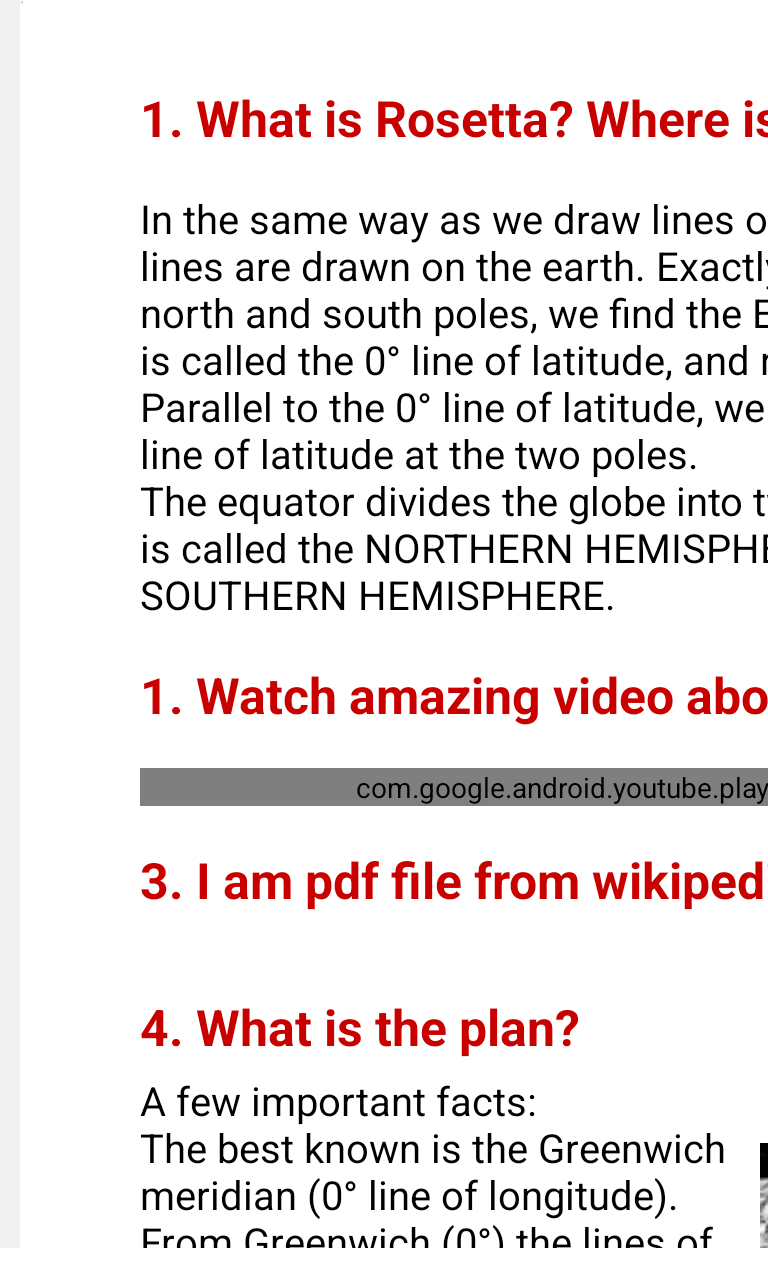
Repository: vitaabb/learnmixer
Layout: LearnMixer 4.05.2015/LearnMixer/res/layout/activity_my_collection.xml
An editor plug-in stored every save of this project. The layout is shown before and after the next save, followed by the edit.
Pictures or frames that could not be fetched are drawn as grey boxes. It is drawn on a 768 x 1280 px phone screen (xhdpi) without system bars, with theme AppTheme; the app's code is not run. The app's manifest (not shown) leaves right-to-left support off. So textAlignment, textDirection and layoutDirection are ignored, and left and right values win over start and end ones.

Above is the layout before, as saved 2015-05-06 15:49:44.

### LearnMixer 4.05.2015/LearnMixer/res/layout/activity_my_collection.xml
<LinearLayout xmlns:android="http://schemas.android.com/apk/res/android"
    xmlns:tools="http://schemas.android.com/tools" android:layout_width="fill_parent"
    android:layout_height="match_parent"
    android:paddingBottom="@dimen/activity_vertical_margin"
    tools:context="com.kvitochka.myviewer.MyCollection"
    android:layout_marginLeft="0dp"
    android:layout_marginRight="0dp"
    android:orientation="vertical"
    android:weightSum="1"
    android:id="@+id/jiji"
    android:background="@color/white">
    <!--
        <LinearLayout
            android:orientation="horizontal"
            android:layout_width="fill_parent"
            android:layout_height="50dp"
            android:background="#ff511156"
            android:layout_alignParentRight="true"
            android:layout_alignParentEnd="true"
            android:layout_alignParentLeft="true"
            android:layout_alignParentStart="true"
            android:id="@+id/linearLayout"
            android:weightSum="1">


            <TextView
                android:layout_marginLeft="10dp"
                android:layout_width="wrap_content"
                android:layout_height="wrap_content"
                android:textAppearance="?android:attr/textAppearanceLarge"
                android:text="Learnmixer"
                android:id="@+id/textView"
                android:layout_alignParentTop="true"
                android:layout_alignParentLeft="true"
                android:layout_alignParentStart="true"
                android:textSize="26dp"
                android:textColor="#ffffffff"
                android:textIsSelectable="false"
                android:textStyle="bold"
                android:clickable="true"
                android:layout_weight="0.88" />

            <TextView
                android:layout_width="wrap_content"
                android:layout_height="wrap_content"
                android:textAppearance="?android:attr/textAppearanceMedium"
                android:text="Hello, Vita!"
                android:id="@+id/textView3"
                android:clickable="true"
                android:textColor="#ffffffff"
                android:textStyle="bold" />
        </LinearLayout> -->

 <LinearLayout
     android:id="@+id/linearLayout2"
     android:layout_width="fill_parent"
     android:layout_height="match_parent"
     android:orientation="horizontal" >

   <FrameLayout
                android:layout_width="700dp"
                android:layout_height="wrap_content"
                android:layout_marginRight="0pt"
                >
        <ScrollView
            android:fadingEdgeLength="0dp"
            android:layout_width="match_parent"
            android:layout_height="1082dp"
            android:id="@+id/scrollView"
            android:background="#fff1f1f1"
            android:fillViewport="false"
            android:scrollbars="vertical">

        <LinearLayout
            android:id="@+id/jh"
            android:layout_width="fill_parent"
            android:layout_height="1140dp"
            android:layout_marginLeft="10dp"
            android:layout_marginRight="10dp"
            android:background="@color/white"
            android:orientation="vertical"
            android:paddingBottom="@dimen/activity_vertical_margin"
            android:weightSum="1"
            tools:context="com.kvitochka.viewer.MyCollection" >

            <ImageButton
                android:layout_width="2dp"
                android:layout_height="2dp"
                android:id="@+id/imageButton2"
                android:visibility="visible"/>

            <!--
            <TextView
                android:layout_width="fill_parent"
                android:layout_height="wrap_content"
                android:textAppearance="?android:attr/textAppearanceLarge"
                android:text="Rosetta"
                android:id="@+id/textView5"
                android:layout_marginLeft="60dp"
                android:layout_marginRight="60dp"
                android:layout_marginTop="10dp"
                android:layout_marginBottom="10dp"
                android:elevation="5dp"
                android:textStyle="bold"
                android:textSize="40dp"/>
-->
            <TextView
                android:layout_marginLeft="60dp"
                android:layout_marginRight="60dp"
                android:layout_marginTop="40dp"
                android:layout_marginBottom="10dp"
                android:layout_width="wrap_content"
                android:layout_height="wrap_content"
                android:textAppearance="?android:attr/textAppearanceLarge"
                android:text="1. What is Rosetta? Where is it?"
                android:textSize="25dp"
                android:textStyle="bold"
                android:layout_below="@+id/linearLayout"
                android:textColor="@color/red"
                android:id="@+id/rosetta1"
                />

            <TextView
                android:layout_marginLeft="60dp"
                android:layout_marginRight="60dp"
                android:layout_marginTop="10dp"
                android:layout_marginBottom="10dp"
                android:layout_width="fill_parent"
                android:layout_height="wrap_content"
                android:textAppearance="?android:attr/textAppearanceMedium"
                android:text="@string/text1"
                android:layout_below="@+id/textView2"
                android:layout_alignLeft="@+id/textView2"
                android:layout_alignStart="@+id/textView2"

                android:layout_weight="0.24"
                android:textColor="@color/black"
                android:textSize="20dp"/>

        <TextView
            android:layout_marginLeft="60dp"
            android:layout_marginRight="60dp"
            android:layout_marginTop="10dp"
            android:layout_marginBottom="10dp"
            android:layout_width="wrap_content"
            android:layout_height="wrap_content"
            android:textAppearance="?android:attr/textAppearanceLarge"
            android:text="1. Watch amazing video about Rozetta!"

            android:textStyle="bold"
            android:layout_below="@+id/linearLayout"
            android:textSize="25dp"
            android:textColor="@color/red"
            />


            <!--<ImageButton
                android:layout_width="fill_parent"
                android:layout_height="360dp"
                android:id="@+id/imageButton13"
                android:layout_gravity="center_horizontal"
                android:layout_margin="0dp"
                android:onClick="change"
                android:background="@color/button_material_light"
                android:src="@drawable/play0" />
-->
            <com.google.android.youtube.player.YouTubePlayerView
                android:id="@+id/youtube_player"
                android:layout_width="match_parent"
                android:layout_height="wrap_content"
                android:background="#fff"

                android:layout_marginLeft="60dp"
                android:layout_marginRight="60dp"
                android:layout_marginTop="10dp"
                android:layout_marginBottom="10dp"/>

            <!--<ImageButton
            android:layout_width="660dp"

            android:layout_marginTop="10dp"
            android:layout_marginBottom="10dp"
            android:layout_height="360dp"
            android:id="@+id/imageButton13"
            android:layout_gravity="center_horizontal"
            android:layout_margin="10dp"
            android:onClick="change"
            android:background="@color/button_material_light"
            android:src="@drawable/play0" />
-->
           <!-- <VideoView
                android:layout_width="fill_parent"
                android:layout_height="360dp"
                android:id="@+id/videoView"
                android:layout_marginLeft="60dp"
                android:layout_marginRight="60dp"
                android:layout_marginTop="10dp"
                android:layout_marginBottom="10dp"
                /> -->

          <!--  <FrameLayout
                android:layout_width="match_parent"
                android:layout_height="wrap_content"
                >


                <ImageButton
                    android:layout_width="wrap_content"
                    android:layout_height="wrap_content"
                    android:id="@+id/imageButton9"
                    android:src="@drawable/share"
                    android:layout_margin="10dp"
                    android:onClick="share"
                    android:background="@color/bright_foreground_material_dark" />


            </FrameLayout> -->

            <TextView
            android:layout_marginLeft="60dp"
            android:layout_marginRight="60dp"
            android:layout_marginTop="10dp"
            android:layout_marginBottom="10dp"
            android:layout_width="fill_parent"
            android:layout_height="wrap_content"
            android:textAppearance="?android:attr/textAppearanceLarge"

            android:text="3. I am pdf file from wikipedia!"
            android:textSize="25dp"
            android:textStyle="bold"
            android:textColor="@color/red"
            android:layout_below="@+id/linearLayout"
            />

        <!-- Container view to scroll horizontally which gives the carousel effect -->
    <HorizontalScrollView
        android:layout_marginLeft="60dp"
        android:layout_marginRight="0dp"
        android:layout_marginTop="10dp"
        android:layout_marginBottom="10dp"
        android:layout_width="match_parent"
        android:layout_height="wrap_content"
        android:scrollbars="none">

        <!-- Carousel items container - lays out items horizontally -->
        <LinearLayout android:id="@+id/carousel"
            android:layout_width="match_parent"
            android:layout_height="wrap_content"
            android:orientation="horizontal"
            />

    </HorizontalScrollView>


         <!--    <FrameLayout
                android:layout_width="match_parent"
                android:layout_height="wrap_content"
                android:layout_marginLeft="60dp"
                android:layout_marginRight="60dp"
                android:layout_marginTop="10dp"
                android:layout_marginBottom="10dp">

                 <ImageButton
                    android:layout_width="wrap_content"
                    android:layout_height="wrap_content"
                    android:id="@+id/imageButton11"
                    android:layout_margin="0dp"
                    android:src="@drawable/fullscreen"
                    android:layout_gravity="right"
                    android:background="@color/bright_foreground_material_dark"/>

            </FrameLayout>-->

     <!--       <LinearLayout

                android:orientation="horizontal"
                android:layout_width="match_parent"
                android:layout_height="wrap_content"></LinearLayout> -->

            <FrameLayout
                android:layout_width="fill_parent"
                android:layout_height="500dp"
                android:layout_marginLeft="60dp"
                android:layout_marginRight="60dp"
                android:layout_marginTop="10dp"
                android:layout_marginBottom="10dp">

                <TextView

               android:layout_marginTop="10dp"
                android:layout_marginBottom="10dp"
                android:layout_width="fill_parent"
                android:layout_height="wrap_content"
                android:textAppearance="?android:attr/textAppearanceLarge"
                android:text="4. What is the plan?"
                android:id="@+id/textView2"
                android:layout_margin="0dp"
                android:textSize="25dp"
                android:textStyle="bold"
                android:layout_below="@+id/linearLayout"
                android:textColor="@color/red"
                    android:layout_gravity="left|top" />

                <ImageView

                    android:layout_marginTop="40dp"
                    android:layout_marginBottom="0dp"

                    android:layout_width="250dp"
                    android:layout_height="250dp"
                    android:id="@+id/imageView10"
                    android:src="@drawable/rosetta1"
                    android:layout_gravity="right|top" />

                <TextView

                    android:layout_marginTop="40dp"
                    android:layout_marginBottom="10dp"
                    android:layout_width="350dp"
                    android:layout_height="wrap_content"
                    android:textAppearance="?android:attr/textAppearanceMedium"
                    android:text="@string/text2"
                    android:id="@+id/textView9"
                    android:layout_below="@+id/textView2"
                    android:layout_alignLeft="@+id/textView2"
                    android:layout_alignStart="@+id/textView2"

                    android:textSize="20dp"
                    android:textColor="@color/black"
                    android:layout_gravity="left|top" />
            </FrameLayout>
            <!--
                <EditText
                    android:layout_marginRight="0dp"
                    android:layout_width="fill_parent"
                    android:layout_height="100dp"
                    android:id="@+id/editText"
                    android:layout_alignParentBottom="true"
                    android:layout_alignLeft="@+id/textView4"
                    android:layout_alignStart="@+id/textView4"
                    android:background="#ffffffff"
                    android:hint="Comment..."/>-->

    </LinearLayout>
    </ScrollView>

        </FrameLayout>

        <LinearLayout
            android:layout_width="70dp"
            android:layout_height="fill_parent"

            android:orientation = "vertical"
            android:layout_marginRight="0dp"
            android:layout_marginTop="950dp"
            >

            <ImageView
                android:id="@+id/option1"
                android:layout_width="70dp"
                android:layout_height="70dp"
                android:layout_gravity="center_horizontal|bottom"
                android:background="@color/white"
                android:onClick="share"
                android:src="@drawable/face10" />
            <TextView
                android:layout_width="wrap_content"
                android:layout_height="wrap_content"
                android:text="Umair"
                android:id="@+id/textView3"
                android:layout_gravity="center_horizontal|bottom"
                android:textColor="@color/black"
                android:textStyle="bold"
                android:textSize="15dp"/>

            <ImageButton
                android:id="@+id/shareButton"
                android:layout_width="60dp"
                android:layout_height="60dp"
                android:background="@color/white"
                android:onClick="share"
                android:src="@drawable/share2"
                android:layout_gravity="center_horizontal|bottom"/>

        </LinearLayout>

 </LinearLayout>

</LinearLayout>

### LearnMixer 4.05.2015/LearnMixer/res/values/strings.xml
<resources>
    <string name="app_name">Learnmixer</string>

    <string name="hello_world">Hello world!</string>
    <string name="action_settings">Settings</string>
    <string name="title_activity_my_collection">MyCollection</string>
        <string name="title_activity_share_">Share_Activity</string>

    <string name="text1">"In the same way as we draw lines on a map or plan, imaginary lines are drawn on the earth. Exactly halfway between the north and south poles, we find the EQUATOR. The equator is called the 0° line of latitude, and runs from east to west. Parallel to the 0° line of latitude, we also find a 90°N and a 90°S line of latitude at the two poles.
The equator divides the globe into two halves. The upper half is called the NORTHERN HEMISPHERE and the lower one the SOUTHERN HEMISPHERE."</string>
    <string name="text2">"A few important facts:
The best known is the Greenwich meridian (0° line of longitude).
From Greenwich (0°) the lines of longitude are numbered to the east up to 180°.
This forms the Eastern Hemisphere.
From Greenwich (0°) the lines of longitude are also numbered to the west up to 180°.
This forms the Western Hemisphere.
Lines of longitude meet at the poles and are all the same length.
At the equator the lines of longitude are furthest from each other.
When the location of a place is indicated, the longitude is always mentioned second."</string>


    <string name="request">Please Change a Friend or Group to share</string>
        <string name="title_activity_pdf_activity">pdf_activity</string>
        <string name="title_activity_video">VideoActivity</string>
        <color name="my_board_color">#3377ff</color>

</resources>

Loaded but not shown: LearnMixer 4.05.2015/LearnMixer/res/values/styles.xml (common file); LearnMixer 4.05.2015/LearnMixer/res/values-v11/styles.xml (common file); LearnMixer 4.05.2015/LearnMixer/res/values-v14/styles.xml (common file); LearnMixer 4.05.2015/LearnMixer/res/values/dimens.xml (common file); LearnMixer 4.05.2015/LearnMixer/res/values/color.xml (43 lines, source omitted)

After the next save:
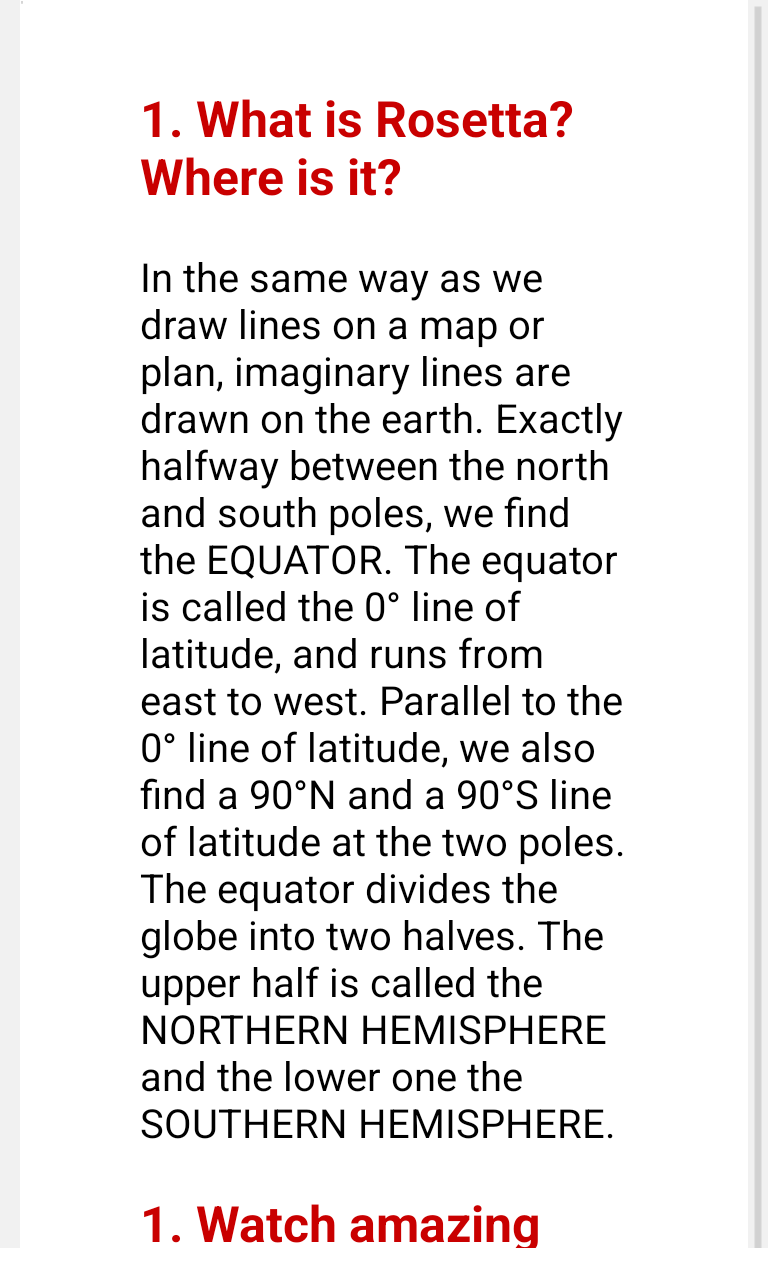
Saved 4 min 25 s later.
--- a/LearnMixer 4.05.2015/LearnMixer/res/layout/activity_my_collection.xml
+++ b/LearnMixer 4.05.2015/LearnMixer/res/layout/activity_my_collection.xml
@@ -51,17 +51,6 @@
                 android:textStyle="bold" />
         </LinearLayout> -->
 
- <LinearLayout
-     android:id="@+id/linearLayout2"
-     android:layout_width="fill_parent"
-     android:layout_height="match_parent"
-     android:orientation="horizontal" >
-
-   <FrameLayout
-                android:layout_width="700dp"
-                android:layout_height="wrap_content"
-                android:layout_marginRight="0pt"
-                >
         <ScrollView
             android:fadingEdgeLength="0dp"
             android:layout_width="match_parent"
@@ -70,18 +59,17 @@
             android:background="#fff1f1f1"
             android:fillViewport="false"
             android:scrollbars="vertical">
-
         <LinearLayout
-            android:id="@+id/jh"
             android:layout_width="fill_parent"
-            android:layout_height="1140dp"
+            android:layout_height="500dp"
+            android:paddingBottom="@dimen/activity_vertical_margin"
+            tools:context="com.kvitochka.viewer.MyCollection"
             android:layout_marginLeft="10dp"
             android:layout_marginRight="10dp"
-            android:background="@color/white"
             android:orientation="vertical"
-            android:paddingBottom="@dimen/activity_vertical_margin"
             android:weightSum="1"
-            tools:context="com.kvitochka.viewer.MyCollection" >
+            android:id="@+id/jh"
+            android:background="@color/white">
 
             <ImageButton
                 android:layout_width="2dp"
@@ -198,12 +186,12 @@
                 android:layout_marginBottom="10dp"
                 /> -->
 
-          <!--  <FrameLayout
+            <FrameLayout
                 android:layout_width="match_parent"
                 android:layout_height="wrap_content"
                 >
 
-
+                <!--
                 <ImageButton
                     android:layout_width="wrap_content"
                     android:layout_height="wrap_content"
@@ -212,9 +200,9 @@
                     android:layout_margin="10dp"
                     android:onClick="share"
                     android:background="@color/bright_foreground_material_dark" />
-
-
-            </FrameLayout> -->
+                    -->
+
+            </FrameLayout>
 
             <TextView
             android:layout_marginLeft="60dp"
@@ -246,13 +234,12 @@
         <LinearLayout android:id="@+id/carousel"
             android:layout_width="match_parent"
             android:layout_height="wrap_content"
-            android:orientation="horizontal"
-            />
+            android:orientation="horizontal"/>
 
     </HorizontalScrollView>
 
 
-         <!--    <FrameLayout
+            <FrameLayout
                 android:layout_width="match_parent"
                 android:layout_height="wrap_content"
                 android:layout_marginLeft="60dp"
@@ -260,22 +247,13 @@
                 android:layout_marginTop="10dp"
                 android:layout_marginBottom="10dp">
 
-                 <ImageButton
-                    android:layout_width="wrap_content"
-                    android:layout_height="wrap_content"
-                    android:id="@+id/imageButton11"
-                    android:layout_margin="0dp"
-                    android:src="@drawable/fullscreen"
-                    android:layout_gravity="right"
-                    android:background="@color/bright_foreground_material_dark"/>
-
-            </FrameLayout>-->
-
-     <!--       <LinearLayout
+            </FrameLayout>
+
+            <LinearLayout
 
                 android:orientation="horizontal"
                 android:layout_width="match_parent"
-                android:layout_height="wrap_content"></LinearLayout> -->
+                android:layout_height="wrap_content"></LinearLayout>
 
             <FrameLayout
                 android:layout_width="fill_parent"
@@ -344,46 +322,29 @@
     </LinearLayout>
     </ScrollView>
 
+    <FrameLayout
+        android:layout_width="fill_parent"
+        android:layout_height="fill_parent"
+        android:background="@android:color/transparent"
+        >
+
+        <FrameLayout
+            android:layout_width="129dp"
+            android:layout_height="wrap_content"
+            android:layout_marginBottom="0dp"
+            android:layout_gravity="right|center_vertical">
+
+            <ImageButton
+                android:layout_width="wrap_content"
+                android:layout_height="wrap_content"
+                android:id="@+id/imageButton6"
+
+                android:src="@drawable/share2"
+                android:layout_gravity="center_horizontal|top"
+                android:background="@color/white"
+                android:onClick="share"/>
         </FrameLayout>
 
-        <LinearLayout
-            android:layout_width="70dp"
-            android:layout_height="fill_parent"
-
-            android:orientation = "vertical"
-            android:layout_marginRight="0dp"
-            android:layout_marginTop="950dp"
-            >
-
-            <ImageView
-                android:id="@+id/option1"
-                android:layout_width="70dp"
-                android:layout_height="70dp"
-                android:layout_gravity="center_horizontal|bottom"
-                android:background="@color/white"
-                android:onClick="share"
-                android:src="@drawable/face10" />
-            <TextView
-                android:layout_width="wrap_content"
-                android:layout_height="wrap_content"
-                android:text="Umair"
-                android:id="@+id/textView3"
-                android:layout_gravity="center_horizontal|bottom"
-                android:textColor="@color/black"
-                android:textStyle="bold"
-                android:textSize="15dp"/>
-
-            <ImageButton
-                android:id="@+id/shareButton"
-                android:layout_width="60dp"
-                android:layout_height="60dp"
-                android:background="@color/white"
-                android:onClick="share"
-                android:src="@drawable/share2"
-                android:layout_gravity="center_horizontal|bottom"/>
-
-        </LinearLayout>
-
- </LinearLayout>
+    </FrameLayout>
 
 </LinearLayout>
